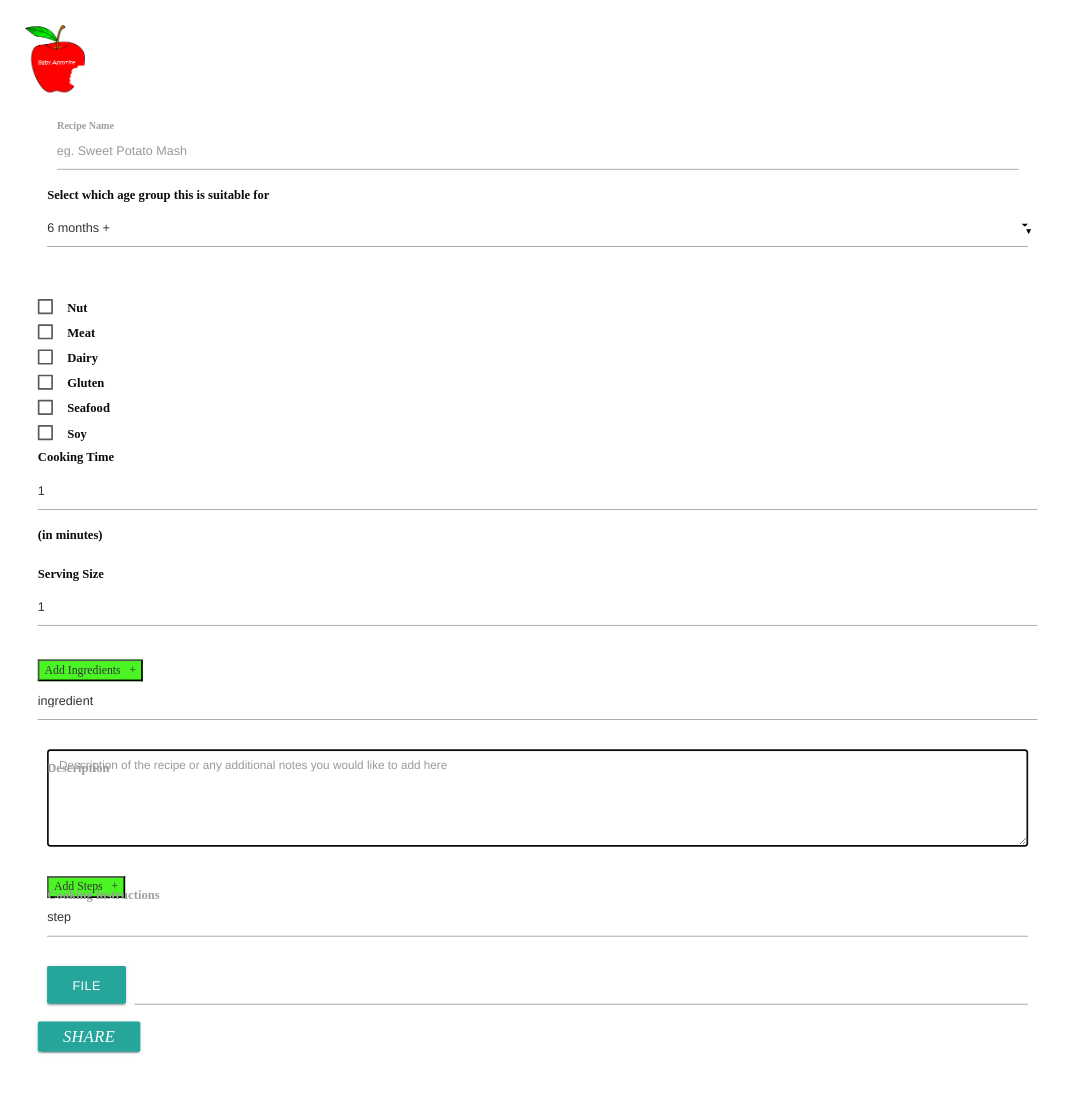
Repository: blueag8/babyappytite
Page: http://localhost/addrecipe
The author's editor kept a record of every edit. The page is drawn from the files as they stood at one moment, then again after the next edit.
The browser window is 1280 px wide. The pictures show the whole page, at 84% of full size.
Some web fonts or font styles are not loaded; a fallback is used. Some web libraries are served in a nearby version. The page is served by the project's application, run on Flask 3 (app.py). Queries for data that is not in the repository find no rows.

Above is the page before.

### templates/addrecipe.html
{% extends 'base.html'%}{% block content %}




<div class="form row">
<form action="{{ url_for('insert_recipe') }}" name="form" method="POST" class="col s12">
   <div class="input-field col s12">
      <label class="recipe_name">Recipe Name</label>
      <input type="text" class="form-control" id="recipe_name" name="recipe_name" placeholder="eg. Sweet Potato Mash">
    </div>

<div class="row">
    <div class="category_age">
      <label for="category_age">Select which age group this is suitable for</label>
        <select class="category" id="category_age" name="category_age" required>
          <option value=""disabled>choose category</option>
          <option value="1">6 months +</option>
          <option value="2">7 months +</option>
          <option value="3">10 months +</option>
          <option value="4">12 months +</option>
        </select>
      </div>
  </div>
</div>

  <div class = "allergens">
     <div class="form-check form-check-inline">
        <input class="form-check-input" type="checkbox" id="Nut" name="allergen" value="Nut">
        <label class="form-check-label" for="Nut">Nut</label>
    </div>
    <div class="form-check form-check-inline">
        <input class="form-check-input" type="checkbox" id="Meat" name="allergn" value="Meat">
        <label class="form-check-label" for="Meat">Meat</label>
    </div>
    <div class="form-check form-check-inline">
        <input class="form-check-input" type="checkbox" id="Dairy" name="allergen" value="Dairy">
        <label class="form-check-label" for="Dairy">Dairy</label>
    </div>
    <div class="form-check form-check-inline">
        <input class="form-check-input" type="checkbox" id="Gluten" name="allergen" value="Gluten">
        <label class="form-check-label" for="Gluten">Gluten</label>
     </div>
    <div class="form-check form-check-inline">
        <input class="form-check-input" type="checkbox" id="Seafood" name="allergen" value="Seafood">
        <label class="form-check-label" for="Seafood">Seafood</label>
    </div>
    <div class="form-check form-check-inline">
        <input class="form-check-input" type="checkbox" id="Soy" name="allergen" value="Soy">
        <label class="form-check-label" for="Soy">Soy</label>
    </div>
</div>

<div class="row">
    <label for="cooking_time">Cooking Time</label>

      <input type="number" name="cooking_time" min="0" max="100" step="1" value="1" required>
      <label>(in minutes)</label>
  </div>

 <div class="row">
    <label for="portion_sizes">Serving Size</label>
    <input type="number" name="portion_size" min="0" max="100" step="1" value="1" required>
  </div>


<div class="row">
    <div class= "wrapper">
       <div class="container1">
        <button class="add_ingredients">Add Ingredients &nbsp;
          <span>+ </span>
        </button>
        <div><input type="text" name="ingredient" value="ingredient" placeholder="Sweet Potato" required>
      </div>
    </div>
  </div>

 <div class="input-field col s12">
    <label for="recipe_description">Description</label>
      <div class="row">
      <textarea class="form-control" id="recipe_description" name="recipe_description" rows="5" placeholder="Description of the recipe or any additional notes you would like to add here"></textarea>
       </div>
    </div>

 <div class="input-field col s12">
    <label for="add_steps">Cooking instructions</label>
<!-------https://stackoverflow.com/questions/14853779/adding-input-elements-dynamically-to-form ----->
      <div class= "wrapper">
        <div class="container2">
          <button class="add_steps">Add Steps &nbsp;
            <span>+ </span>
          </button>
            <div><input type="text" name="step" value="step" placeholder"eg. wash vegetables">
            </div>
        </div>
      </div>

  <div class="file-field input-field">
    <div class="btn">
       <span>File</span>
        <input type="file">
    </div>
    <div class="file-path-wrapper">
        <input class="file-path validate" type="text">
      </div>
    </div>
  </div>

  <div class="row">
      <button class="btn waves-effect waves-light" type="submit" name="action" value="submit">
          <i class="material-icons add_box">Share</i>
       </button>
  </div>
</div>
</div>
</form>

 {% endblock %}

### templates/base.html
<!DOCTYPE html>
<html lang="en">
<head>
    <meta charset="UTF-8">
    <meta name="viewport" content="width=device-width, initial-scale=1.0">
    <meta http-equiv="X-UA-Compatible" content="ie=edge">

    <title>"Baby Appy-tite | Recipes for 6 months +"</title>

    <link rel="stylesheet" href="https://maxcdn.bootstrapcdn.com/bootstrap/3.3.7/css/bootstrap.min.css" type="text/css">
    <link rel="stylesheet" href="https://stackpath.bootstrapcdn.com/font-awesome/4.7.0/css/font-awesome.min.css" type="text/css">
    <link href="https://fonts.googleapis.com/css?family=Emilys+Candy&display=swap" rel="stylesheet">
    <link rel="stylesheet" href="https://cdnjs.cloudflare.com/ajax/libs/materialize/0.100.2/css/materialize.min.css">
    <link rel="stylesheet" href="{{url_for('static', filename='css/style.css')}}" type="text/css" />
</head>
<header>
         <div class="nav-wrapper">
              <div class="navbar img">
                 <a class="icon" href="{{url_for('home')}}">
                      <img src="/static/img/babyappytite.png">
                </a>
            </div>
        </div>
      </div>
</header>
<body>
    <div class="container-fluid">
        {% block content %}{% endblock %}
    </div>

    <script src="https://cdnjs.cloudflare.com/ajax/libs/jquery/3.3.1/jquery.min.js"></script>
    <script src="https://cdnjs.cloudflare.com/ajax/libs/jquery/3.2.1/jquery.min.js"></script>
    <script src="https://maxcdn.bootstrapcdn.com/bootstrap/3.3.7/js/bootstrap.min.js" integrity="sha384-Tc5IQib027qvyjSMfHjOMaLkfuWVxZxUPnCJA7l2mCWNIpG9mGCD8wGNIcPD7Txa" crossorigin="anonymous"></script>
    <script src="https://cdnjs.cloudflare.com/ajax/libs/materialize/0.100.2/js/materialize.min.js"></script>
    <script type="text/javascript">
        $(document).ready(function() {
    var max_fields = 10;
    var wrapper = $(".container1");
    var add_button = $(".add_ingredients");
    var x = 1;
    $(add_button).click(function(e) {
        e.preventDefault();
        if (x < max_fields) {
            x++;
            $(wrapper).append('<div><input type="text" name="ingredient[]"/><a href="#" class="delete">Delete</a></div>'); //add input box
        } else {
            alert('You Reached the limits')
        }
    });
    $(wrapper).on("click", ".delete", function(e) {
        e.preventDefault();
        $(this).parent('div').remove();
        x--;
    })

});
 $(document).ready(function() {
    var max_fields = 10;
    var wrapper = $(".container2");
    var add_button = $(".add_steps");
    var x = 1;
    $(add_button).click(function(e) {
        e.preventDefault();
        if (x < max_fields) {
            x++;
            $(wrapper).append('<div><input type="text" name="step[]"/><a href="#" class="delete">Delete</a></div>'); //add input box
        } else {
            alert('You Reached the limits')
        }
    });
    $(wrapper).on("click", ".delete", function(e) {
        e.preventDefault();
        $(this).parent('div').remove();
        x--;
    });

});

$(document).ready(function() {
    $('select').material_select();
  });
    </script>
</body>

</html>

### app.py
import pymongo
import os


from bson.objectid import ObjectId
from flask import Flask, render_template, redirect, request, url_for, flash
from flask_pymongo import PyMongo

#connect to database
app = Flask(__name__)

app.config['MONGO_DBNAME'] ="Baby_Recipes"
app.config["MONGO_URI"] ="mongodb+srv://blueag8:mongo8@cluster0-iodau.mongodb.net/Baby_Recipes?retryWrites=true&w=majority"
app.config['SECRET_KEY'] = 'yum'

mongo = PyMongo(app)


#home page



@app.route('/')
def home():
    return render_template("index.html", recipes=mongo.db.recipes.find())

#get
#single recipe

@app.route('/recipe/<recipe_id>')
def recipe(recipe_id):
    recipes=mongo.db.recipes.find({"_id": ObjectId(recipe_id)})
    return render_template("recipe.html", recipes=recipes )

#TEST1

#recipes categorized per page route

#@app.route('/recipes')
#def recipes():
   # recipes=mongo.db.recipes.find()
    #TEST
    #for recipe in recipes:
      #  print(recipe)

   # return render_template("recipes.html")

@app.route('/sixmonth_recipes')
def sixmonth_recipes():
   return render_template("recipes.html", recipes=mongo.db.recipes.find({"category_age":"6 months +"}))

@app.route('/sevenmonth_recipes')
def sevenmonth_recipes():
    return render_template("recipes.html", recipes=mongo.db.recipes.find({"category_age":"7 months +"}))

@app.route('/tenmonth_recipes')
def tenmonth_recipes():
    return render_template("recipes.html", recipes=mongo.db.recipes.find({"category_age":"10 months +"}))

@app.route('/twelvemonth_recipes')
def twelvemonth_recipes():
    return render_template("recipes.html",recipes=mongo.db.recipes.find({"category_age":"12 months +"}))

#add recipe

@app.route('/addrecipe')
def addrecipe():
    #return render_template("testform.html",recipes=mongo.db.recipes.find(),
          # categories=mongo.db.categories.find())
    return render_template("addrecipe.html", recipes=mongo.db.recipes.find(),
           categories=mongo.db.categories.find())

 #took idea for flash from https://github.com/Deirdre18/dumpdinners-recipe-app/blob/master/app.py

#@app.route('/insert_recipe', methods=['POST'])
#def insert_recipe():
   # recipes=mongo.db.recipes
   # recipes.insert(request.form.to.dict(flat=False))
   # flash ("Thank you, your recipe has been added!")

    #return render_template("addrecipe.html", recipe=recipe)
    #Test1 Failed

    #Testing2
@app.route('/insert_recipe', methods=['GET','POST'])
def insert_recipe():
    recipes=mongo.db.recipes

   # filepath = '../static/img/' + filename


    recipe_name=request.form["recipe_name"]
    category_age=request.form["category_age"]
    cooking_time=int(request.form["cooking_time"])
    portion_sizes=int(request.form["portion_size"])
    allergens=request.form.getlist("allergen")
    ingredients=request.form.getlist("ingredient")
    recipe_description=request.form["recipe_description"]
    steps=request.form.getlist("step")
    #filename = image.save(request.files['image'])

    form={

        "recipe_name":recipe_name,
        "category_age":category_age,
        "cooking_time":cooking_time,
        "portion_size":portion_sizes,
        "allergen": allergens,
        "ingredient": ingredients,
        "recipe_description":recipe_description,
        "step": steps,
       # "image": filepath,
          }



    recipes.insert_one(form)
    flash ("Thank you, your recipe has been added!")
    return redirect(url_for('home'))

#edit recipe
#@app.route('/editrecipe/<recipe_id>', methods=['GET','POST'])
#def editrecipe(recipe_id):

    #return render_template("testform.html",recipes=mongo.db.recipes.find(),
          # categories=mongo.db.categories.find())
    #return render_template("editrecipe.html",recipes=mongo.db.recipes.find({"_id": ObjectId(recipe_id)}),
          # categories=mongo.db.categories.find())

#TESTING
@app.route('/editrecipe/<recipe_id>')
def editrecipe(recipe_id):
    the_recipe = mongo.db.recipes.find_one({'_id': ObjectId(recipe_id)})
    all_categories=mongo.db.category_age.find_one()
    return render_template('testformupdate.html', recipe=the_recipe, category_age=all_categories)

@app.route('/update_recipe', methods=['POST'])
def update_recipe(recipe_id):
    recipes=mongo.db.recipes
    recipes.update( {'_id': ObjectId(recipe_id)},
   # filepath = '../static/img/' + filename
    {
    {
            'recipe_name':request.form.get["recipe_name"],
            'category_age':request.form.get["category_age"],
            'cooking_time':int(request.form["cooking_time"]),
            'portion_sizes':int(request.form["portion_size"]),
            'allergens':request.form.getlist('check'),
            'ingredients':request.form.getlist("ingredient"),
            'recipe_description':request.form["recipe_description"],
            'steps':request.form.getlist("step"),
            }
   # filename = image.save(request.files['image'])
      })

    #flash ("Thank you, your recipe has been added!")
    return redirect(url_for('home'))

   # filepath = '../static/img/' + filename

    #filename = image.save(request.files['image']




if __name__ == '__main__':
    app.run(host=os.environ.get('IP'),
            port=int(os.environ.get('PORT')),
            debug=True)

### static/css/style.css
body {
    margin: 15px;
    padding: 20px;
}

img {
    height: 150px;
    vertical-align: super;
}
.apple img {
    height: 200px;
}

.caterpillar img {
    height: 100px;
}

.mainlink img
{
    height: 125px;
    }

.navbar img {
    height: 80px;
}

.main {
    margin: 20px;
    padding: 20px;
    border: 15px;
}
.form-control {
    color: #0c0c0c;
    background-color: #fff;
    background-image: none;
    border: 2px solid #0b0b0b;
}
label {
   color: #0c0c0c;
    font-family: 'Emilys Candy', cursive;
    /* font-family: Emily; */
    font-size: 15px;
}

button{
    background-color: #4bf524;
    font-family: 'Emily';
}
.delete {
    color: #db1f1f;
}

/*---------Navbar----------*/
.navbar {
    position: relative;
    min-height: 50px;
    margin-bottom: 20px;
    border: none;
    background-color: transparent;
}
.navbar-brand img {
    height: 50px;
}

/*-----Media Queries--------*/

@media (min-width: 767px)
{
body {
    margin: 10px;
}
}

After the next edit:
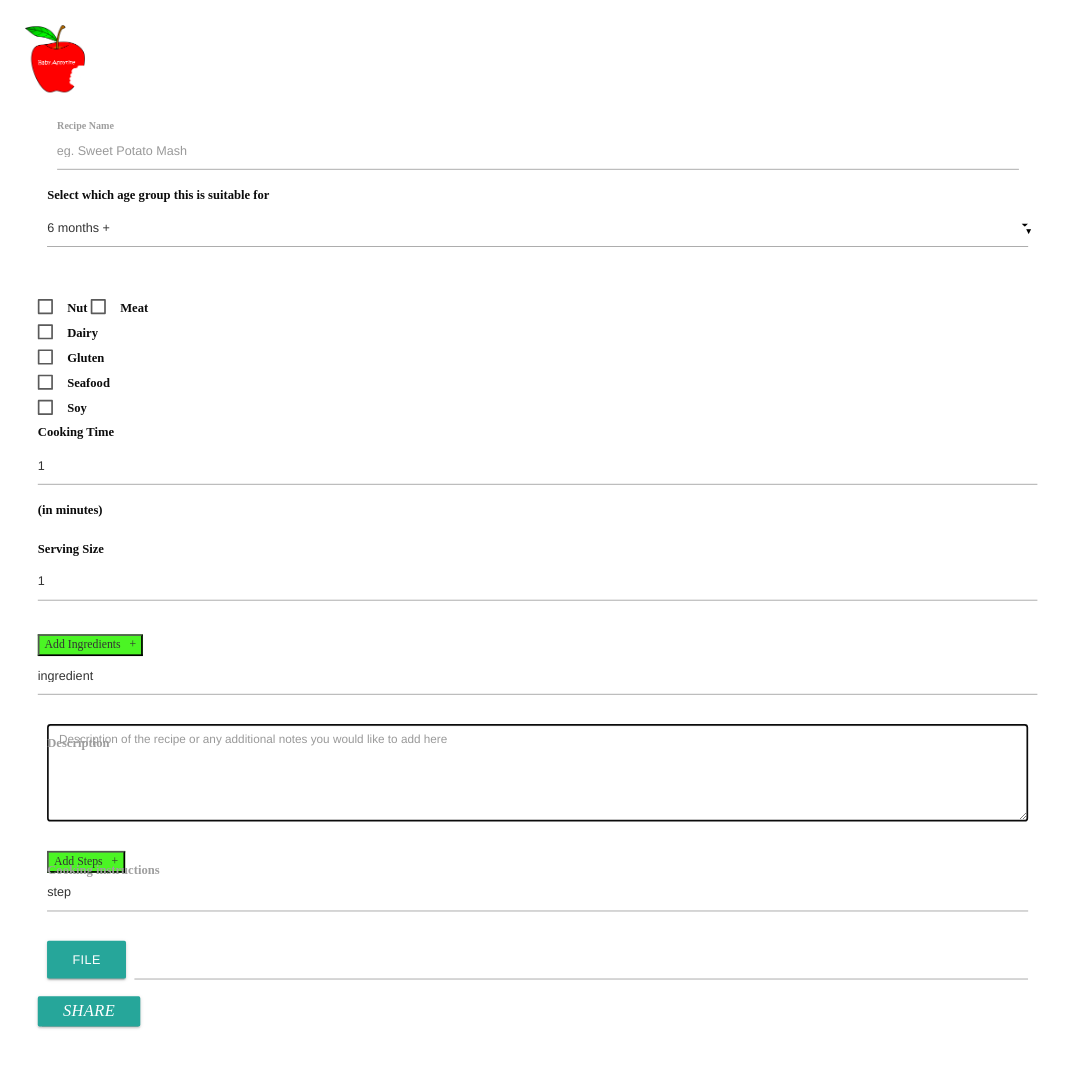
The edit:
--- a/templates/addrecipe.html
+++ b/templates/addrecipe.html
@@ -28,8 +28,8 @@
      <div class="form-check form-check-inline">
         <input class="form-check-input" type="checkbox" id="Nut" name="allergen" value="Nut">
         <label class="form-check-label" for="Nut">Nut</label>
-    </div>
-    <div class="form-check form-check-inline">
+
+
         <input class="form-check-input" type="checkbox" id="Meat" name="allergn" value="Meat">
         <label class="form-check-label" for="Meat">Meat</label>
     </div>
